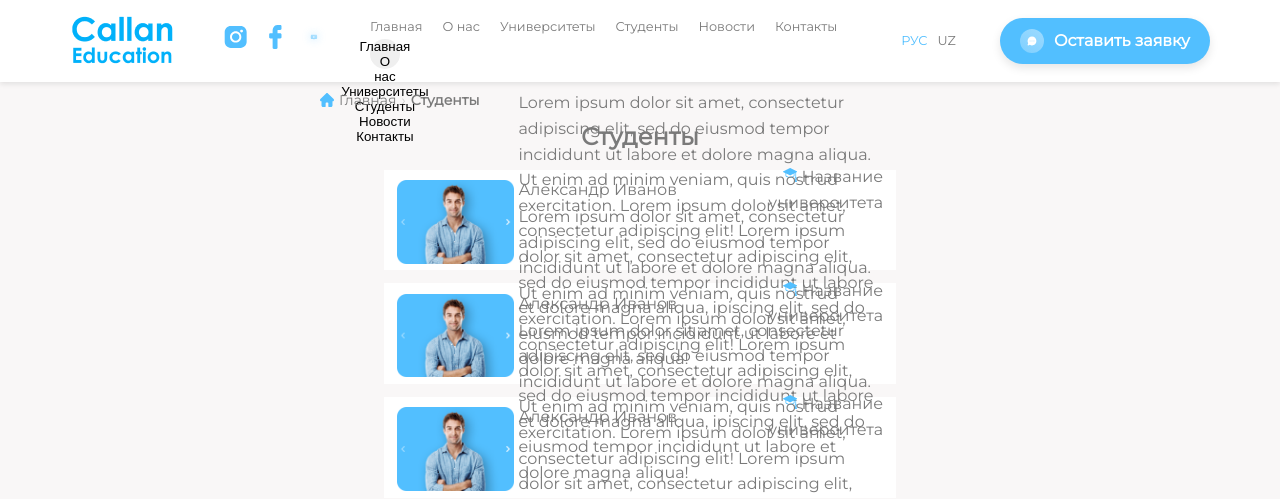
Repository: olyakorzh/Team-project-1
Page: assets/pages/students.html
An editor plug-in stored every save of this project. The page is shown before and after a run of saves, followed by the edit.
The browser window is 1280 px wide. The pictures show the part of the page from y = 0 to 499 px (the page is 1954 px tall).
Pictures or frames that could not be fetched are drawn as grey boxes. A picture or video elsewhere on the page could not be fetched, so the positions and the page height are approximate.

Above is the page before, as saved 2024-12-08 17:19:41.

After the next 2 saves:
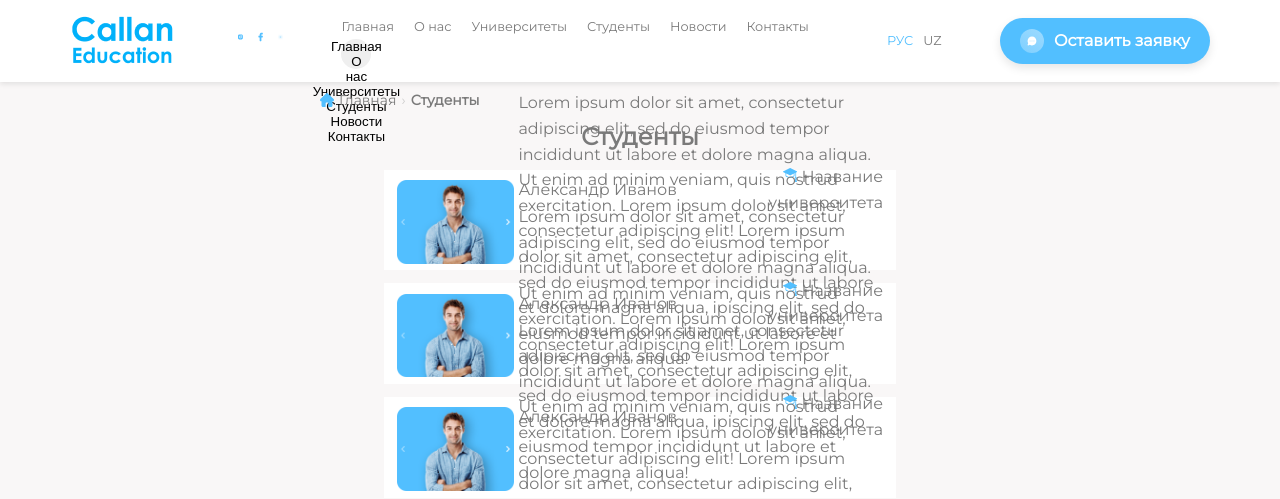
The 2 saves are shown as one change because they came seconds apart.
The last was saved 2 min 47 s later.
--- a/assets/styles/students.css
+++ b/assets/styles/students.css
@@ -52,7 +52,7 @@
   }
 
   .header__media-icon {
-    width: 24px;
+    width: 5px;
     height: 24px;
   }
 

After the save that followed:
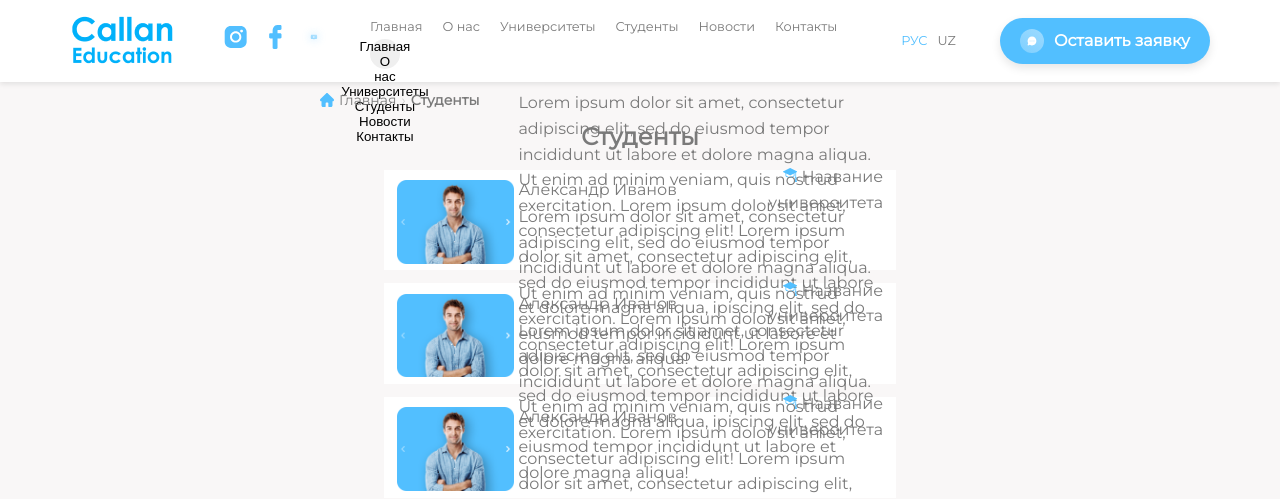
Saved 5 s later.
--- a/assets/styles/students.css
+++ b/assets/styles/students.css
@@ -52,7 +52,7 @@
   }
 
   .header__media-icon {
-    width: 5px;
+    width: 24px;
     height: 24px;
   }
 
